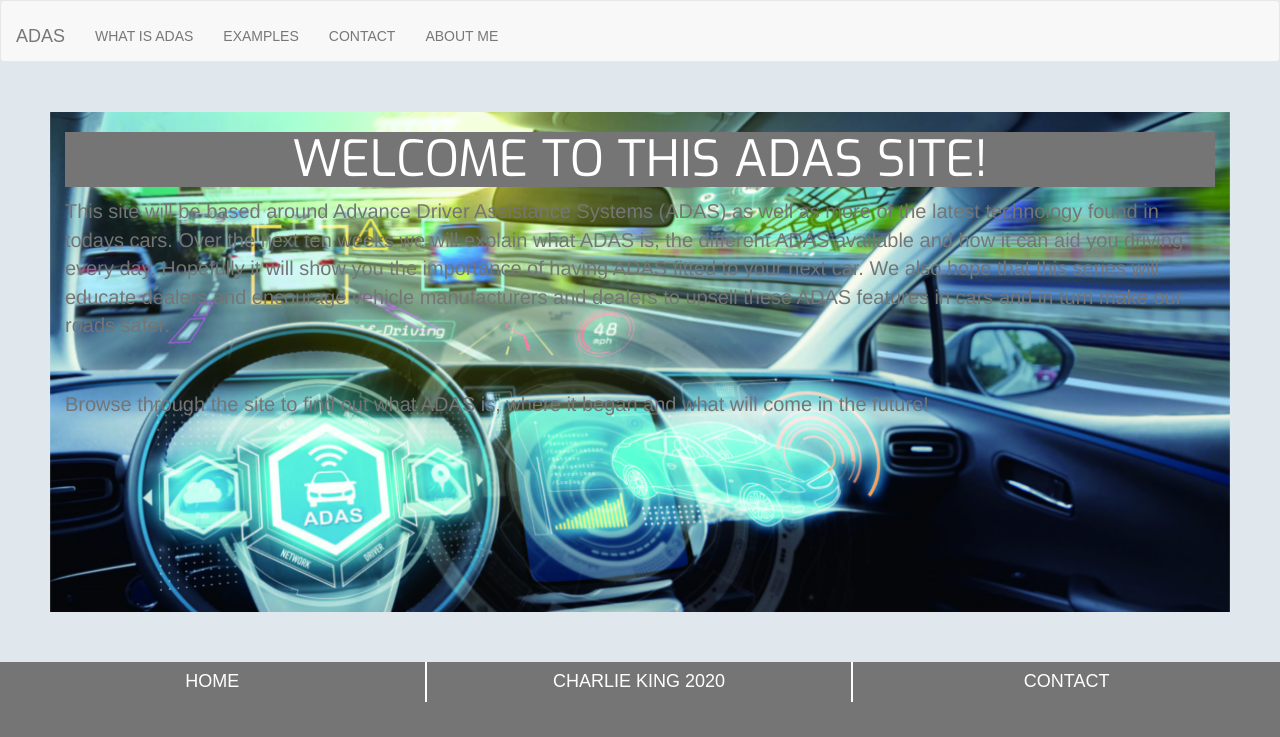
Repository: Cha-K28/First-Milestone-Project
Page: index.html
The author's editor kept a record of every edit. The page is drawn from the files as they stood at one moment, then again after the next edit.
The browser window is 1280 px wide. The pictures show the whole page.

Above is the page before.

After the next edit:
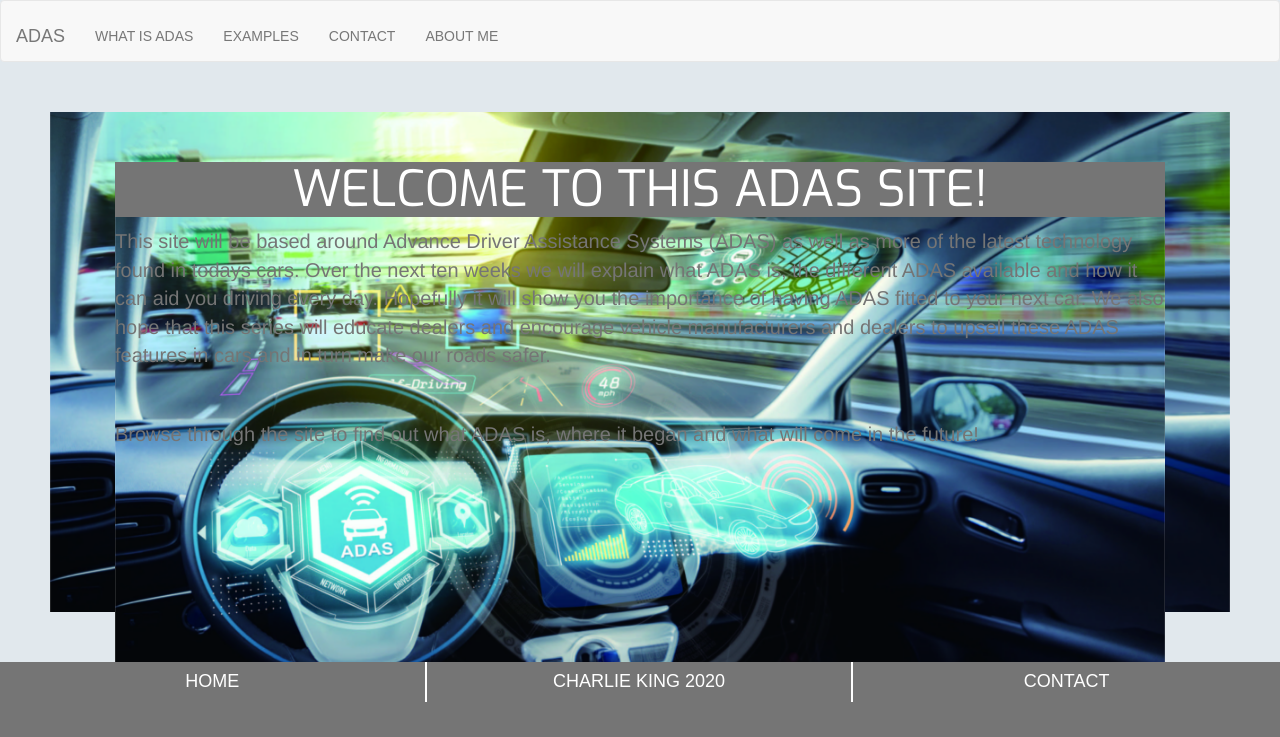
The edit:
--- a/index.html
+++ b/index.html
@@ -35,7 +35,7 @@
     <!-- content -->
     <div class="container background-image">
 
-        <div>
+        <div class="background-image">
 
 
             <h1>Welcome to this ADAS site!</h1>
